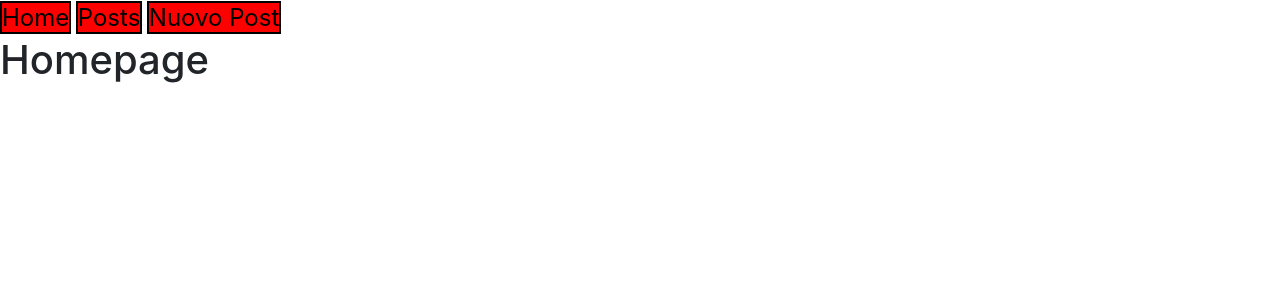
Repository: bruns06/MasterBook
Page: MasterBook-1/src/main/resources/templates/index.html
The author's editor kept a copy of each file at every save. The page is drawn from the files as they stood at one save, then again after the next save.
The browser window is 1280 px wide. The pictures show the whole page.

Above is the page before, as saved 2023-07-29 14:07:26.
Console error: TypeError: Cannot read properties of undefined (reading 'fn')

After the next save:
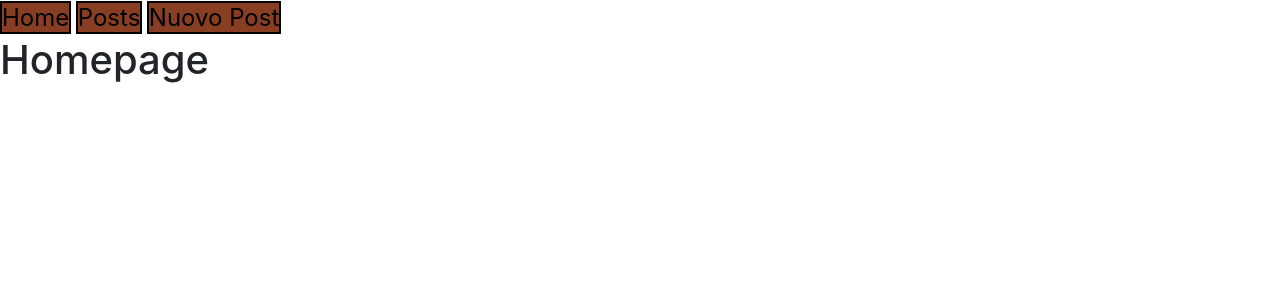
Saved 32 s later.
--- a/MasterBook-1/src/main/resources/static/css/navbar.css
+++ b/MasterBook-1/src/main/resources/static/css/navbar.css
@@ -3,7 +3,7 @@
 #navbar span{
 	font-size: 1.5rem;
 	border: 2px solid black;
-	background-color: red;
+	background-color: #873e23;
 }
 
 #navbar a{
